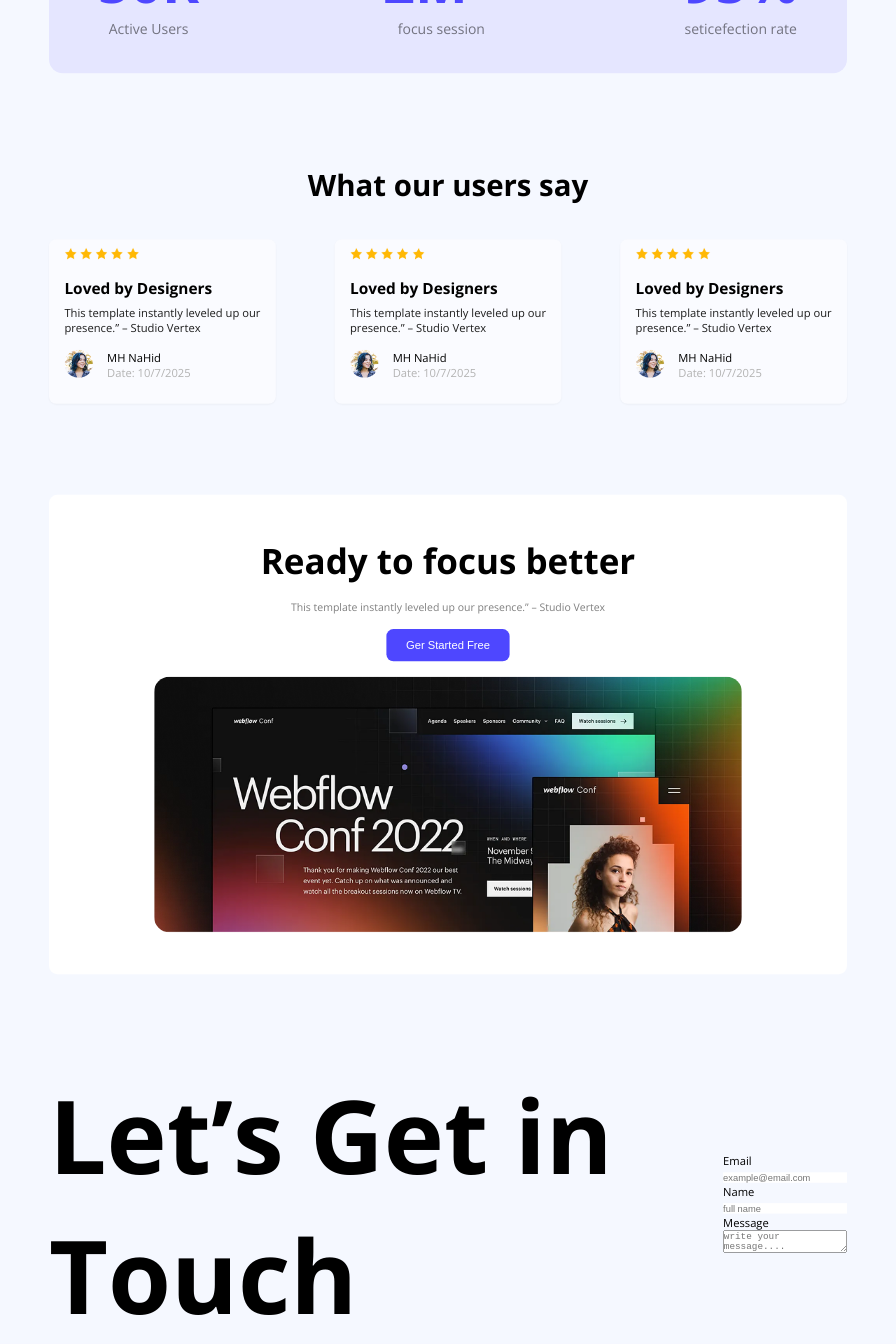
Repository: nahid-hasann/website-3
Page: index.html
The author's editor kept a copy of each file at every save. The page is drawn from the files as they stood at one save, then again after the next save.
The browser window is 1280 px wide. The pictures show the part of the page from y = 1524 to 3444 px (the page is 3444 px tall), at 70% of full size.

Above is the page before, as saved 2025-07-10 22:27:09.

### index.html
<!DOCTYPE html>
<html lang="en">
<head>
    <meta charset="UTF-8">
    <meta name="viewport" content="width=device-width, initial-scale=10">
    <title>MH NaHid</title>
    <link rel="preconnect" href="https://fonts.googleapis.com">
<link rel="preconnect" href="https://fonts.gstatic.com" crossorigin>
<link href="https://fonts.googleapis.com/css2?family=Open+Sans:ital,wght@0,300..800;1,300..800&family=Raleway:ital,wght@0,100..900;1,100..900&display=swap" rel="stylesheet">
<link rel="stylesheet" href="style.css">
</head>
<body class="open-sans-normal">


<header class="header-section">
      <section class="section-1">
       <h1 style="font-size: 34px; color: #4e47ff;">LOGO</h1>
       <button class="btn">Sign Up</button>
      </section>

      <section class="section-2">
        <h1 style="font-size: 65px; text-align: center;">Cool Dark UI Template for <br> Webflow Agencies!</h1>
        <br>
        <br>
        <button class="btn">Stay Focused</button>
      </section>


</header>


<main>

<section class="action-section">

<div class="action-title">
    <h1>See It in Action</h1>
    <br>
    <p>Explore the live preview and imagine your brand <br> in this bold new look.</p>
    <br>
    <button class="btn">Launch Live Preview</button>
</div>

<div class="action-img">
    <img src="Assets/wc-mini.png" alt="">
</div>


</section>

<section class="productive-user">

     <h1 style="text-align: center; font-size: 38px ; font-weight: 700;">Joined Thousands of Productive Users</h1>

     <div class="productive-user-review">

       <div class="productive-user-songkha">
         <h1>50K</h1>
         <p>Active Users</p>
       </div>
       <div class="productive-user-songkha">
         <h1>2M+</h1>
         <p>focus session</p>
       </div>
       <div class="productive-user-songkha">
         <h1>95%</h1>
         <p>seticefection rate</p>
       </div>

     </div>



</section>


<section class="feedback-section">

    <h1>What our users say</h1>

    <div class="feedback-flex">

   <div class="feedback-review">

        <div class="star">
            <img src="Assets/icon-star.png" alt="">
        <img src="Assets/icon-star.png" alt="">
        <img src="Assets/icon-star.png" alt="">
        <img src="Assets/icon-star.png" alt="">
        <img src="Assets/icon-star.png" alt="">
        <h4>Loved by Designers</h4>
        <p>This template instantly leveled up our <br> presence.” – Studio Vertex</p>
        </div>
        <div class="reviwer">
            <div class="reviwer-img">
                <img src="Assets/avatar.png" alt="">
            </div>
            <div class="reviwer-text">
                <p >MH NaHid</p>
                 <p class="date">Date: 10/7/2025</p>
            </div>
        </div>

    </div>

       <div class="feedback-review">

        <div class="star">
            <img src="Assets/icon-star.png" alt="">
        <img src="Assets/icon-star.png" alt="">
        <img src="Assets/icon-star.png" alt="">
        <img src="Assets/icon-star.png" alt="">
        <img src="Assets/icon-star.png" alt="">
        <h4>Loved by Designers</h4>
        <p>This template instantly leveled up our <br> presence.” – Studio Vertex</p>
        </div>
        <div class="reviwer">
            <div class="reviwer-img">
                <img src="Assets/avatar.png" alt="">
            </div>
            <div class="reviwer-text">
                <p>MH NaHid</p>
                 <p class="date">Date: 10/7/2025</p>
            </div>
        </div>

    </div>

       <div class="feedback-review">

        <div class="star">
            <img src="Assets/icon-star.png" alt="">
        <img src="Assets/icon-star.png" alt="">
        <img src="Assets/icon-star.png" alt="">
        <img src="Assets/icon-star.png" alt="">
        <img src="Assets/icon-star.png" alt="">
        <h4>Loved by Designers</h4>
        <p>This template instantly leveled up our <br> presence.” – Studio Vertex</p>
        </div>
        <div class="reviwer">
            <div class="reviwer-img">
                <img src="Assets/avatar.png" alt="">
            </div>
            <div class="reviwer-text">
                <p>MH NaHid</p>
                 <p class="date">Date: 10/7/2025</p>
            </div>
        </div>

    </div>

    </div>

</section>

<section class="free-section">

    <div class="free">
        <h1>Ready to focus better</h1>
        <br>
        <p>This template instantly leveled up our presence.” – Studio Vertex</p>
        <br>
        <button class="btn">Ger Started Free</button>
        <br>
        <img src="Assets/wc-big.png" alt="">
    </div>

</section>

<section class="contact-form">

<div class="form-heading">
    <h1>Let’s Get in Touch</h1>
</div>

<div class="form-div">

    <form class="form" action="">

        <label for="">Email</label> <br>
        <input type="email" name="" placeholder="example@email.com" id=""> <br>
        <label for="">Name</label> <br>
        <input type="text" placeholder="full name"> <br>
        <label for="">Message</label> <br>
        <textarea name="" placeholder="write your message...." id=""></textarea> <br>

    </form>

</div>


</section>


</main>






</body>
</html>

### style.css
*{
    margin: 0;
    padding: 0;
    box-sizing: border-box;
}

body{
    background-color: #f5f8ff;
}


.open-sans-normal {
  font-family: "Open Sans", sans-serif;
  font-optical-sizing: auto;
  font-style: normal;
  font-variation-settings:
    "wdth" 100;
}

.header-section{
    background-image: url('Assets/Hero-bg.png');
    background-repeat: no-repeat;
    background-position: center;
    background-size: cover;
    /* height: 700px; */
}

.section-1{
    display: flex;
    justify-content: space-between;
    padding: 40px 0;
    width: 1140px;
    margin: auto;
}

.btn{
    padding: 14px 28px;
    border: none;
    background-color: #4e47ff ;
    color: white;
    border-radius: 10px;
    display: block;
    font-size: 16px;
}

.btn:hover{
    background-color: yellow;
    padding: 14px 30px;
    transition: 0.5s;
    color: black;
}

.section-2{

    display: flex;
    flex-direction: column;
    justify-content: center;
    align-items: center;
    margin:  auto;
    padding: 158px 0;

}

main{
    width: 1140px;
    margin: auto;
}

.action-section{
    display: flex;
    justify-content: space-between;
    margin: 130px 0;
}

.action-title{
    margin: auto 0;
}

.action-img img{
    border-radius: 20px;
    width: 404px;
    height: 328px;
}

.action-title h1{
    font-size: 44px;
}

.action-title p{
    color: rgba(37, 36, 50, 0.5);
    font-size: 24px;
}

.productive-user{
    background-color: #e5e6ff;
    padding: 50px 70px;
    /* display: flex; */
    /* flex-direction: column; */
    /* justify-content: space-between; */
    /* align-items: center; */
    border-radius: 20px;
    margin-bottom: 130px;
}

.productive-user-review {
    display: flex;
    margin-top: 40px;
    gap: 40px;
    justify-content: space-between;
    align-items: center;
}

.productive-user-songkha h1{
    text-align: center;
    font-size: 80px;
    color: #4e47ff;
}

.productive-user-songkha p{
    text-align: center;
    font-size: 20px;
    color: rgba(0, 0, 0, 0.5);
}

.feedback-section{
    margin-bottom: 130px;
}

.feedback-section h1{
    font-size: 42px;
    font-weight: 700;
    text-align: center;
    margin-bottom: 50px;
}



.reviwer{
    display: flex;
    gap: 20px;
    margin: 20px 0;
}

.reviwer-img img{
     border-radius: 50%;
}

.feedback-flex{
    display: flex;
    flex-direction: row;
    justify-content: space-between;
    align-items: center;
}

.feedback-review{
      background-color: #fafbff;
      box-shadow: 0 1px 3px rgba(0, 0, 0, 0.05);
      padding: 12px 22px;
      border-radius: 10px;
}

.star h4{
    font-size: 22px;
    font-weight: 700;
    margin-top: 20px;
    margin-bottom: 10px;
}


.date{
    color: rgba(179, 179, 179, 1);
    font-weight: 300;
}

.star p {
    color: rgba(30, 30, 30, 1);
}

.free-section{
    background-color: rgba(255, 255, 255, 1);
    border-radius: 12px;
    padding: 60px 80px;
    display: flex;
    flex-direction: column;
    justify-content: center;
    align-items: center;
    margin-bottom: 130px;
}

.free{
    display: flex;
    flex-direction: column;
    justify-content: center;
    align-items: center;
}

.free h1{
    font-size: 50px ;
    font-weight: 700;
}

.free p{
    color: rgba(0, 0, 0, 0.5);
    font-size: 15px;
}

.free img{
    border-radius: 22px;
}

.contact-form{
    display: flex;
    justify-content: space-around;
    align-items: center;

}

.form-heading{
    font-size: 97px;
    font-weight: 700;
}

.form input{
      border: none;
      width: ;
}

After the next save:
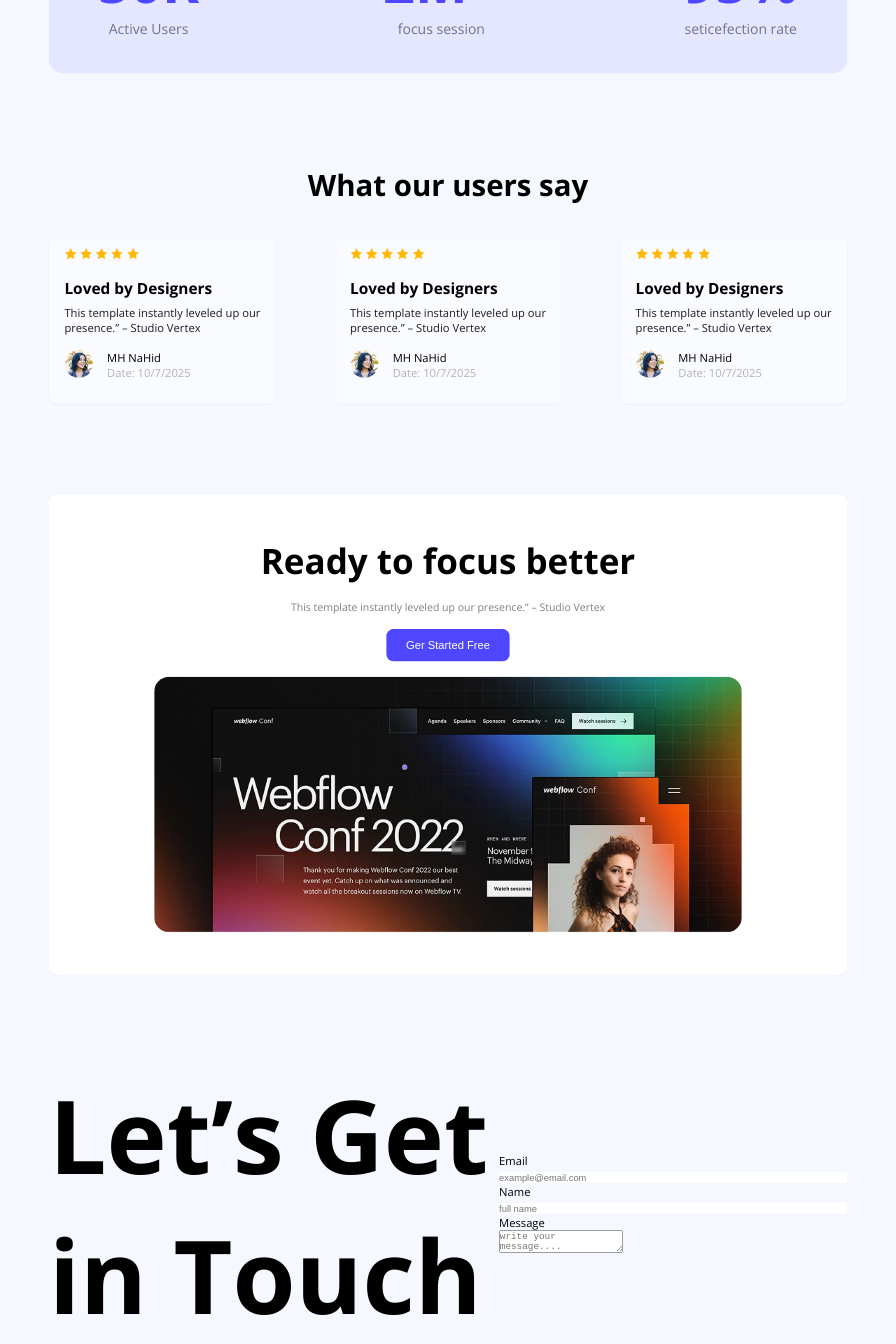
Saved 5 s later.
--- a/style.css
+++ b/style.css
@@ -222,5 +222,5 @@
 
 .form input{
       border: none;
-      width: ;
-}
+      width: 497px;
+}
